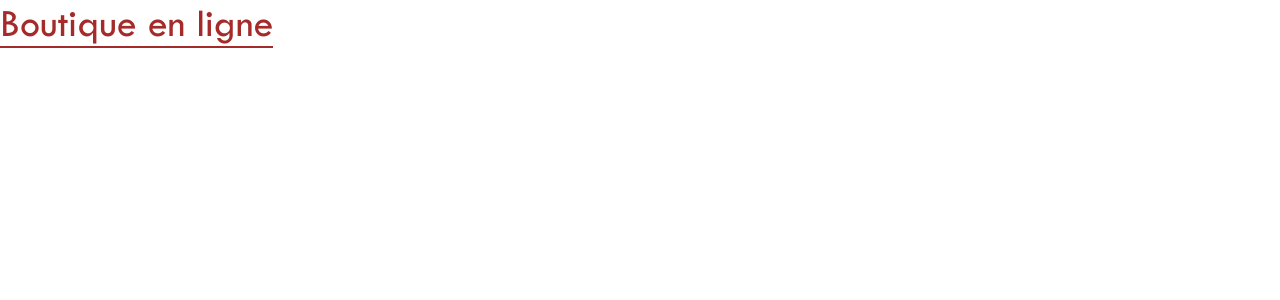
Repository: padevft/e-commerce-php
Page: http://localhost/index.html
These files come from the project's save history. The page is drawn as it stood at one moment and after the next save; the edit follows.
The browser window is 1280 px wide. The pictures show the whole page.
The page is run by PHP 8.4 with error messages shown; the project is at /var/www/html/.

Above is the page before, as saved 2023-09-17 15:31:38.

After the next save:
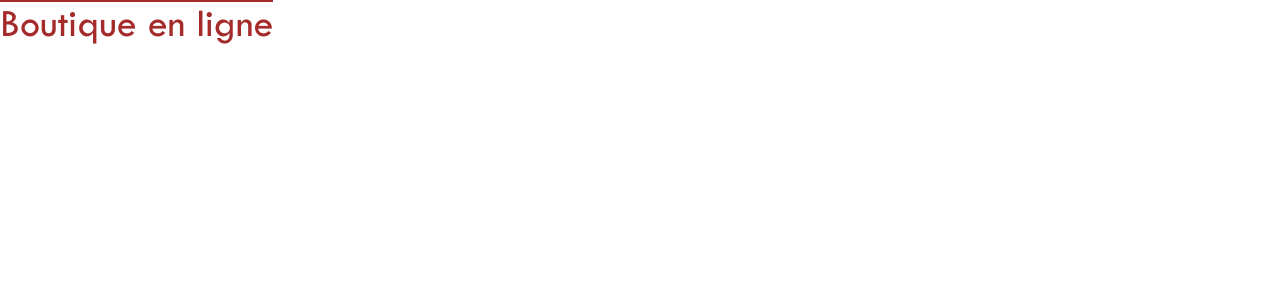
Saved 31 s later.
--- a/client/css/styles.css
+++ b/client/css/styles.css
@@ -26,7 +26,7 @@
 h1::before {
   content: "";
   position: absolute;
-  bottom: 0;
+  top: 0;
   left: 0;
   width: 100%; /* Définissez la largeur initiale de la bordure à 100% */
   height: 2px;

After the save that followed:
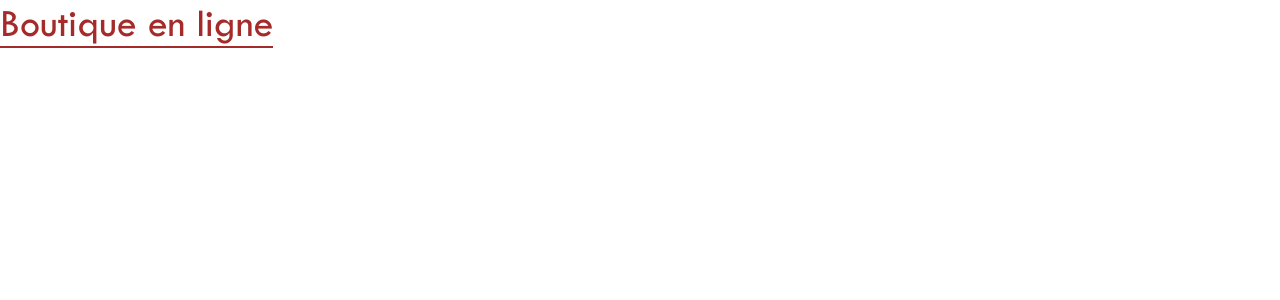
Saved 16 s later.
--- a/client/css/styles.css
+++ b/client/css/styles.css
@@ -26,8 +26,8 @@
 h1::before {
   content: "";
   position: absolute;
-  top: 0;
-  left: 0;
+  bottom: 0;
+  right: 0;
   width: 100%; /* Définissez la largeur initiale de la bordure à 100% */
   height: 2px;
   background-color: brown;
